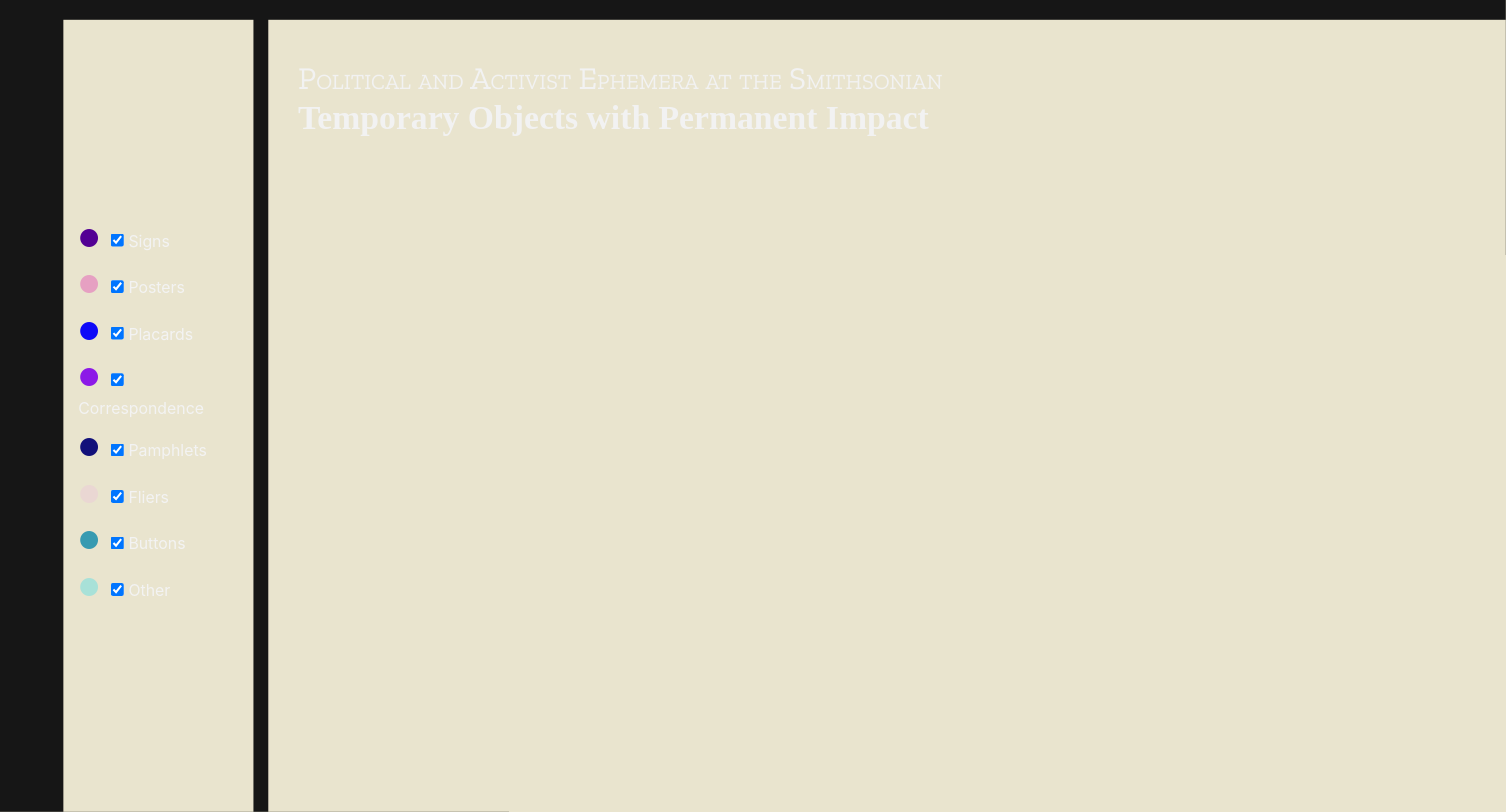
Repository: m0llyc00k/Major-studio-1
Page: Final/index-2.html
The author's editor kept a record of every edit. The page is drawn from the files as they stood at one moment, then again after the next edit.
The browser window is 1280 px wide. The page is 1521 px wide, so the pictures cover 1521 px, including what lies to the right of the window. The pictures show the whole page, at 99% of full size.
The page's requests for data from a server got no answer. Some web fonts or font styles are not loaded; a fallback is used.

Above is the page before.

After the next edit:
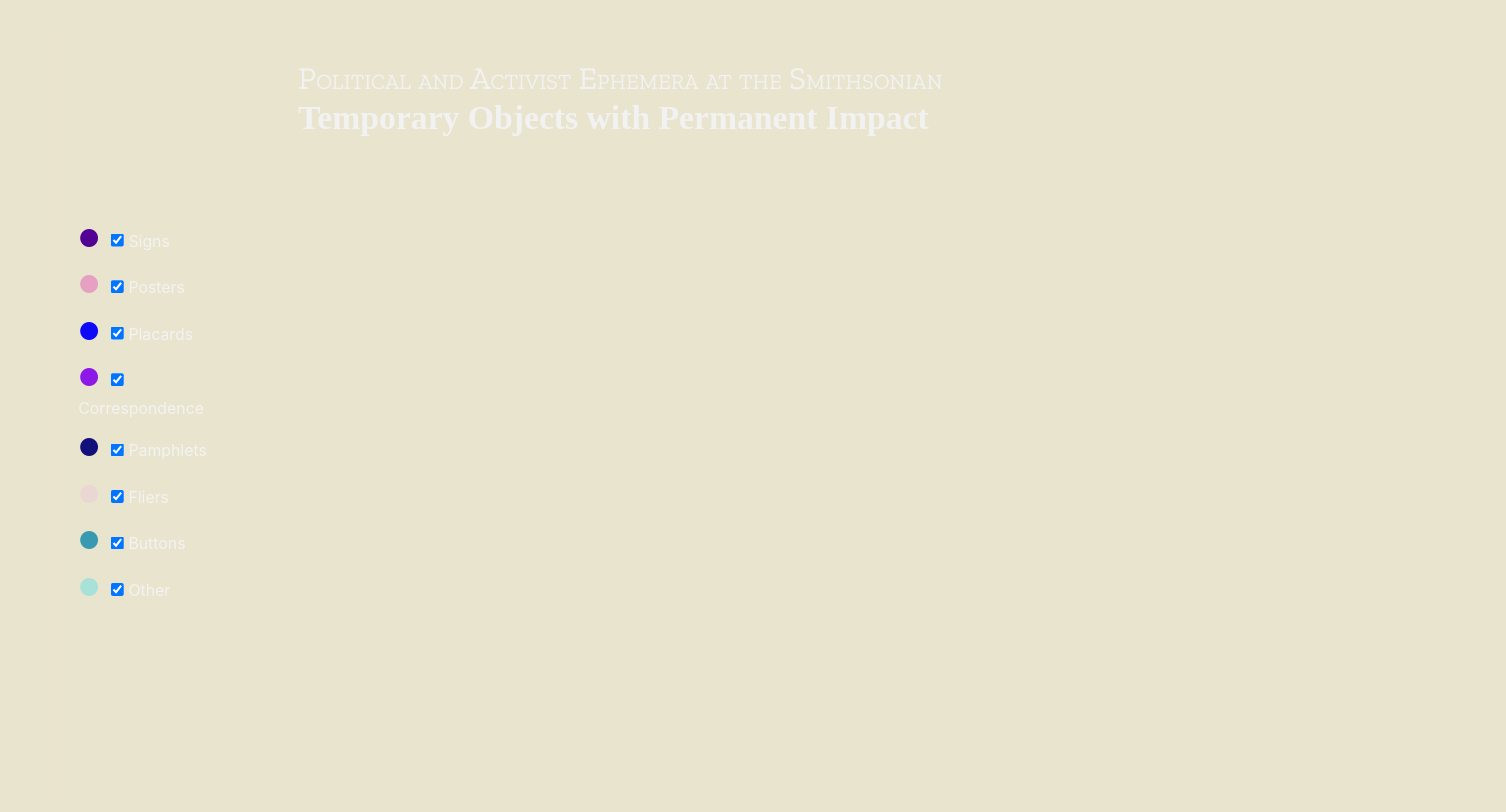
The edit:
--- a/Final/index-2.html
+++ b/Final/index-2.html
@@ -20,7 +20,8 @@
 
     <style type="text/css">
         body {
-            background-color: #161616;
+            background-color: #e9e4ce;
+            /*background-color: #161616;*/
             /*zoom: reset;*/
         }
 
